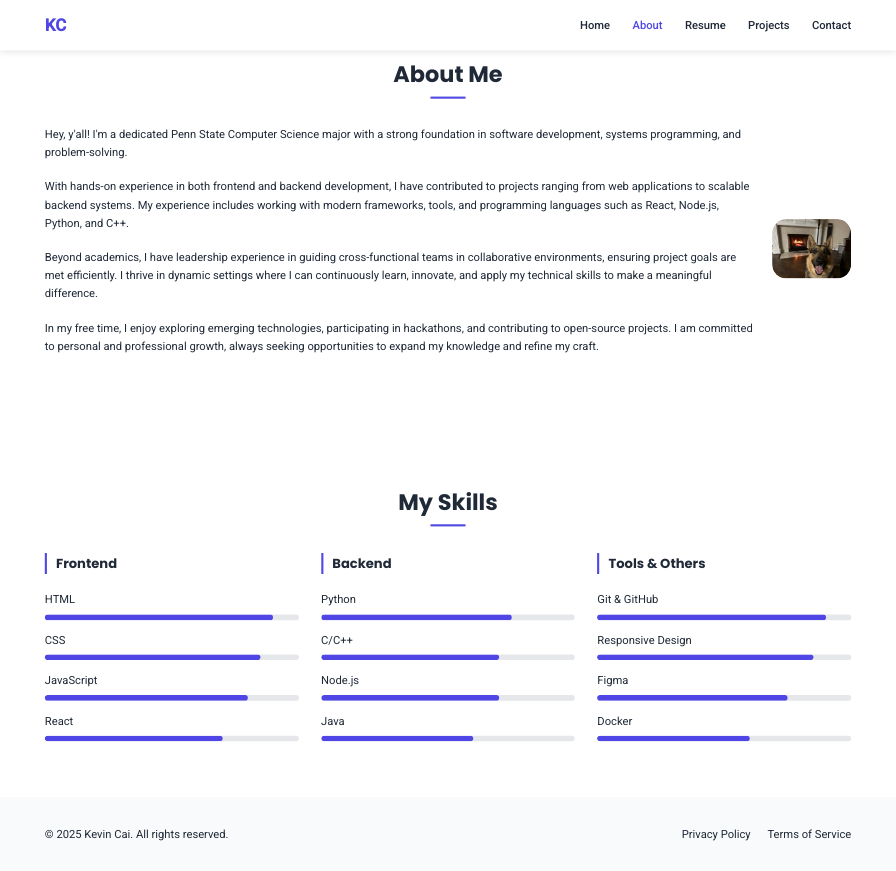
Repository: itskevbo/E-Portfolio
Page: pages/about.html
These files come from the project's save history. The page is drawn as it stood at one moment and after the next save; the edit follows.
The browser window is 1280 px wide. The pictures show the part of the page from y = 0 to 1920 px (the page is 1244 px tall before and 3343 px after), at 70% of full size.

Above is the page before, as saved 2025-04-22 22:47:21.

After the next save:
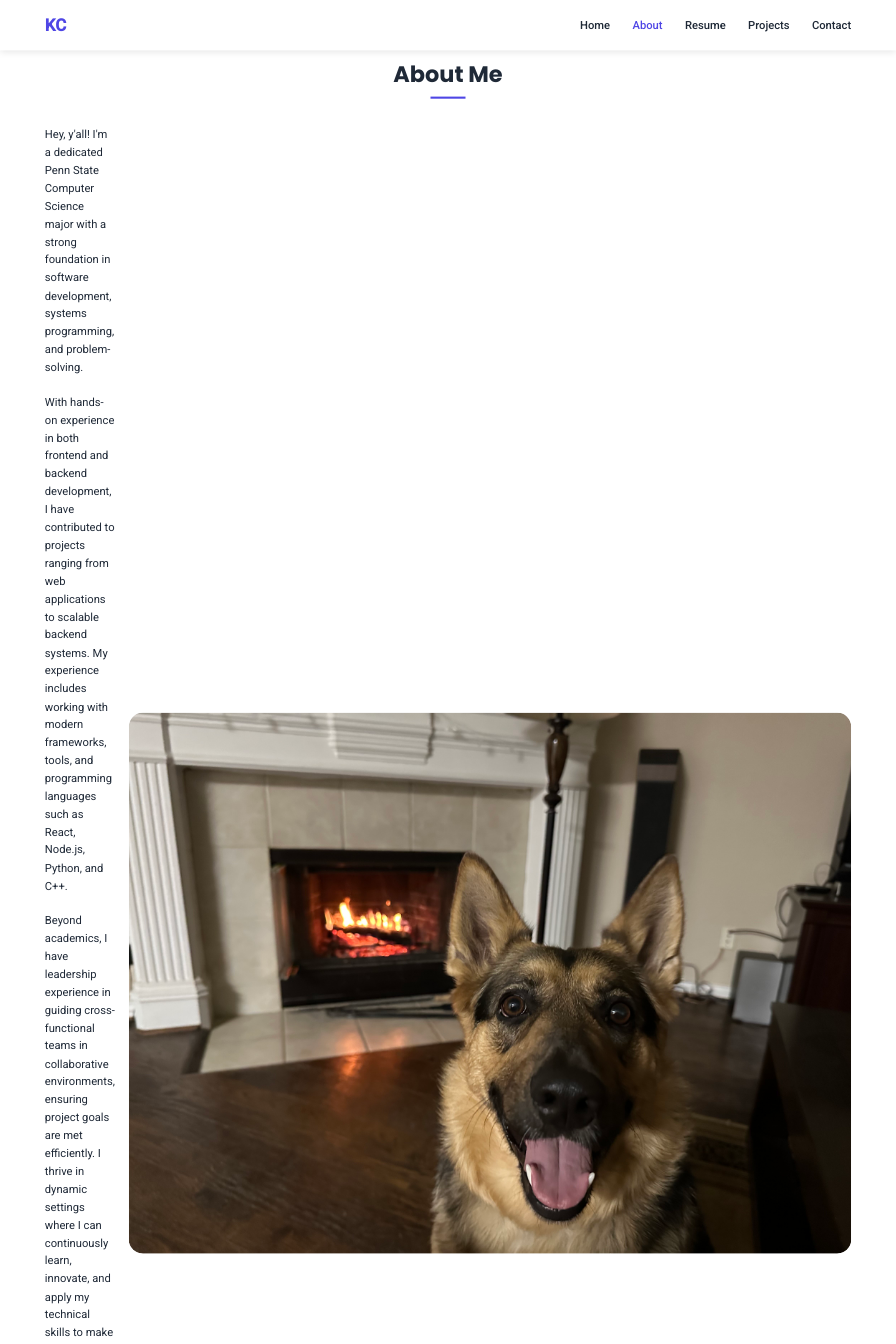
Saved 6 s later.
--- a/pages/about.html
+++ b/pages/about.html
@@ -49,7 +49,7 @@
             <div class="container">
             <h2 class="section__title">About Me</h2>
             <div class="about__content" style="display: flex; align-items: center; gap: 20px;">
-                <div class="about__text" style="flex: 9;">
+                <div class="about__text" style="flex: 0;">
                 <p>Hey, y'all! I'm a dedicated Penn State Computer Science major with a strong foundation in software development, systems programming, and problem-solving.</p>
                 <p>With hands-on experience in both frontend and backend development, I have contributed to projects ranging from web applications to scalable backend systems. My experience includes working with modern frameworks, tools, and programming languages such as React, Node.js, Python, and C++.</p>
                 <p>Beyond academics, I have leadership experience in guiding cross-functional teams in collaborative environments, ensuring project goals are met efficiently. I thrive in dynamic settings where I can continuously learn, innovate, and apply my technical skills to make a meaningful difference.</p>
